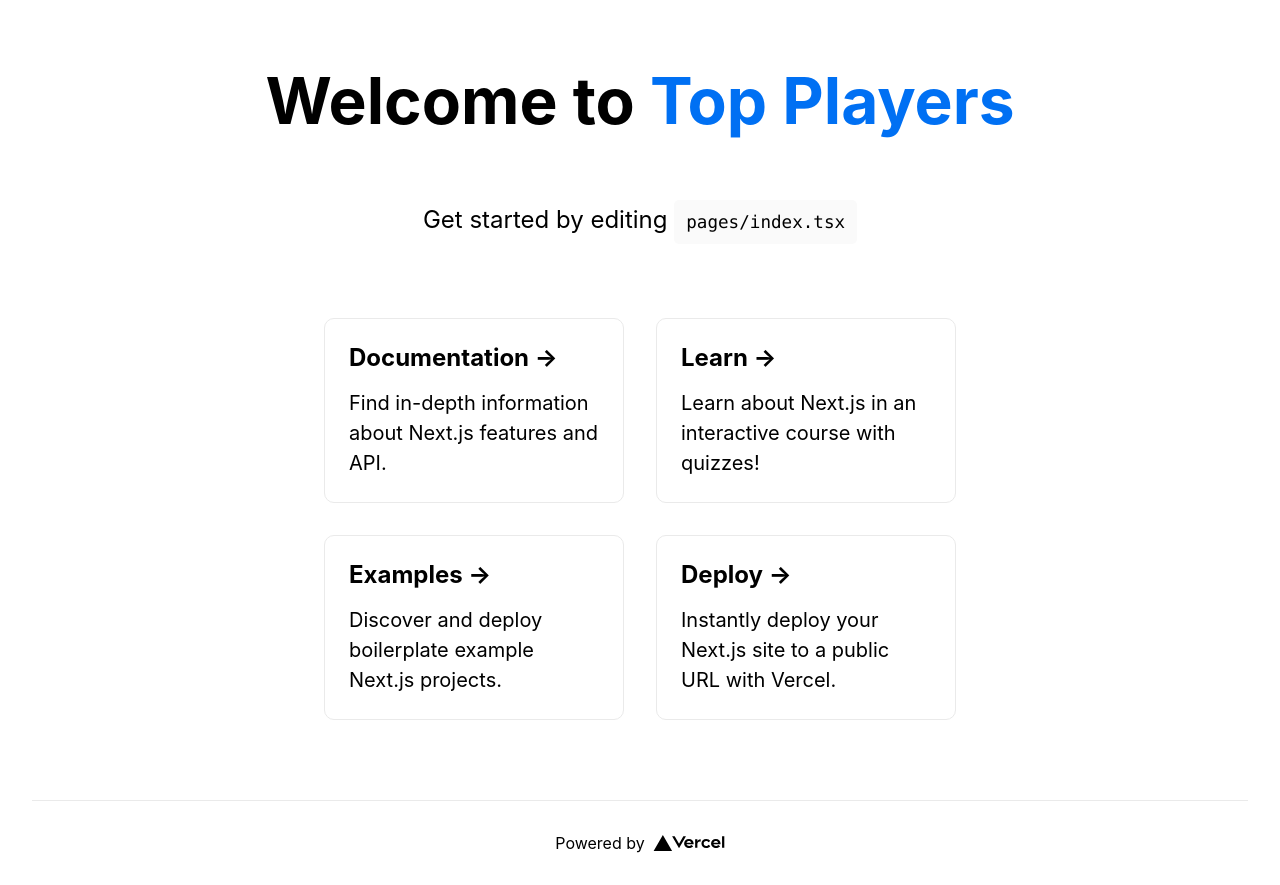
Repository: duncanidaho14/next-first-app
Page: /
These files come from the project's save history. The page is drawn as it stood at one moment and after the next save; the edit follows.
The browser window is 1280 px wide. The pictures show the whole page.
The project was rebuilt for these pictures with package versions that can differ from the ones it lists, and the page was loaded fresh each time. The framework's server and built-in components were replaced by stand-ins that run in the browser. Also part of the build but not shown: next.config.js.

Above is the page before, as saved 2022-03-06 11:14:33.

After the next save:
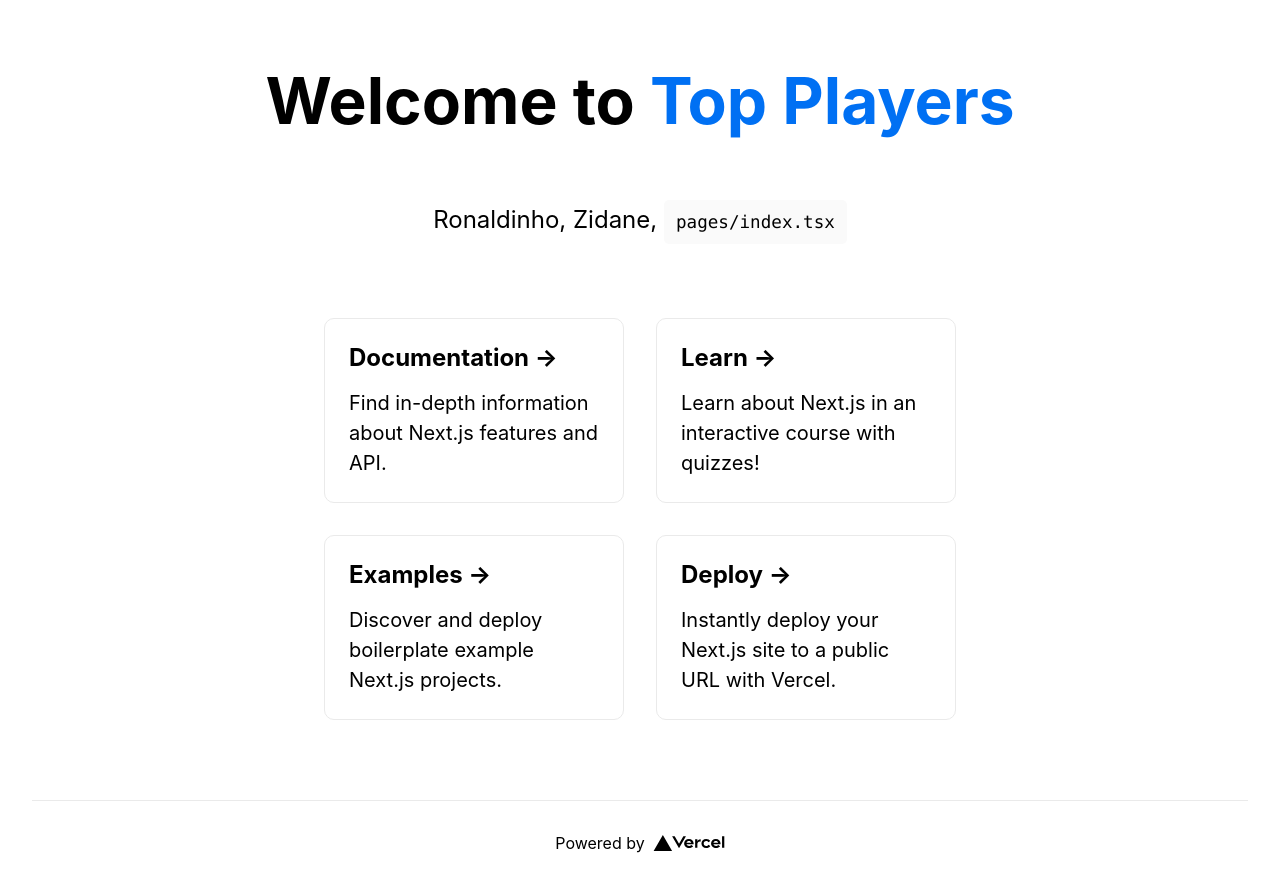
Saved 36 s later.
--- a/pages/index.tsx
+++ b/pages/index.tsx
@@ -18,7 +18,7 @@ const Home: NextPage = () => {
         </h1>
 
         <p className={styles.description}>
-          Get started by editing{' '}
+          Ronaldinho, Zidane, {' '}
           <code className={styles.code}>pages/index.tsx</code>
         </p>
 
